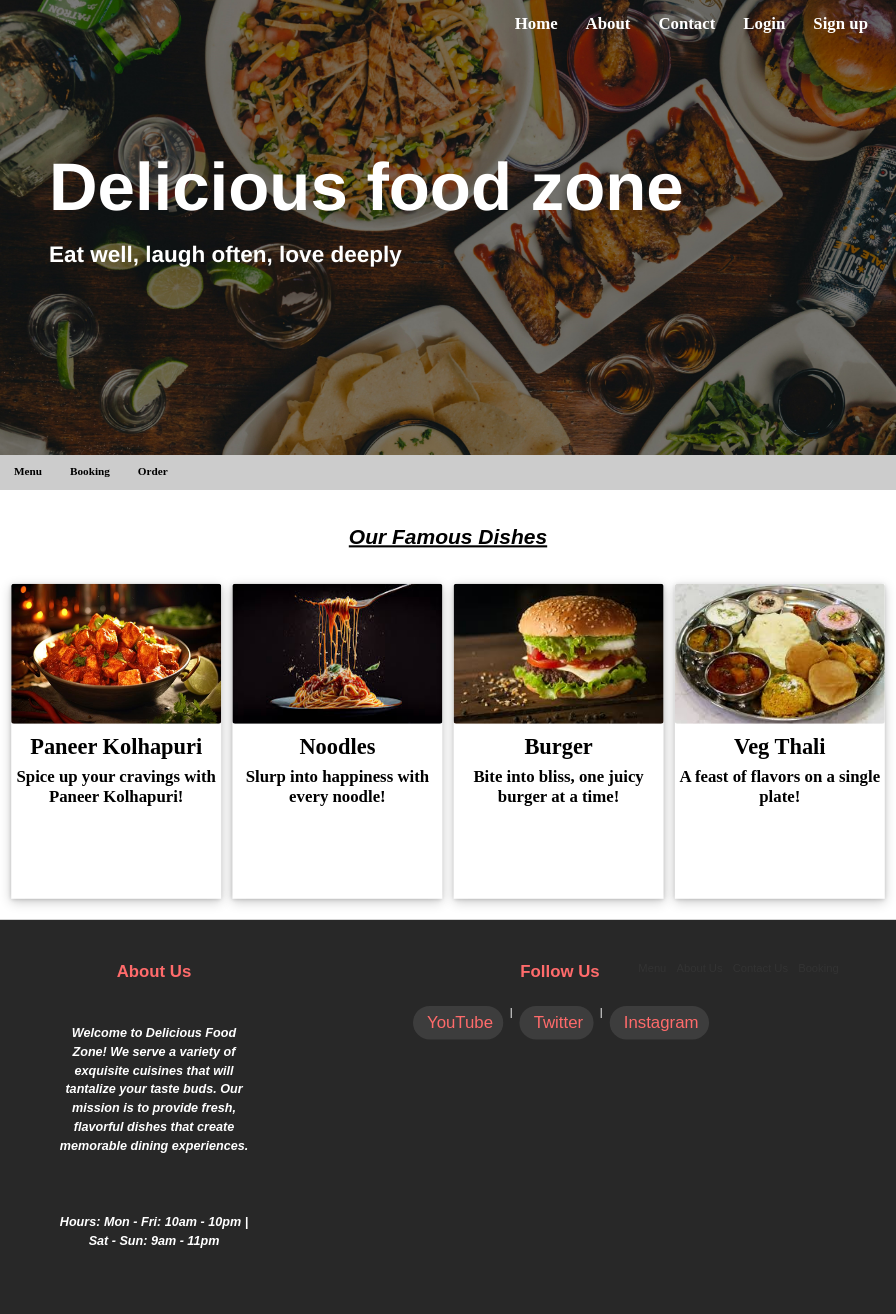
Repository: Shreya-Bonde/Restaurant-management-system
Page: index.html
An editor plug-in stored every save of this project. The page is shown before and after the next save, followed by the edit.
The browser window is 1280 px wide. The pictures show the whole page, at 70% of full size.

Above is the page before, as saved 2024-10-17 18:56:14.

After the next save:
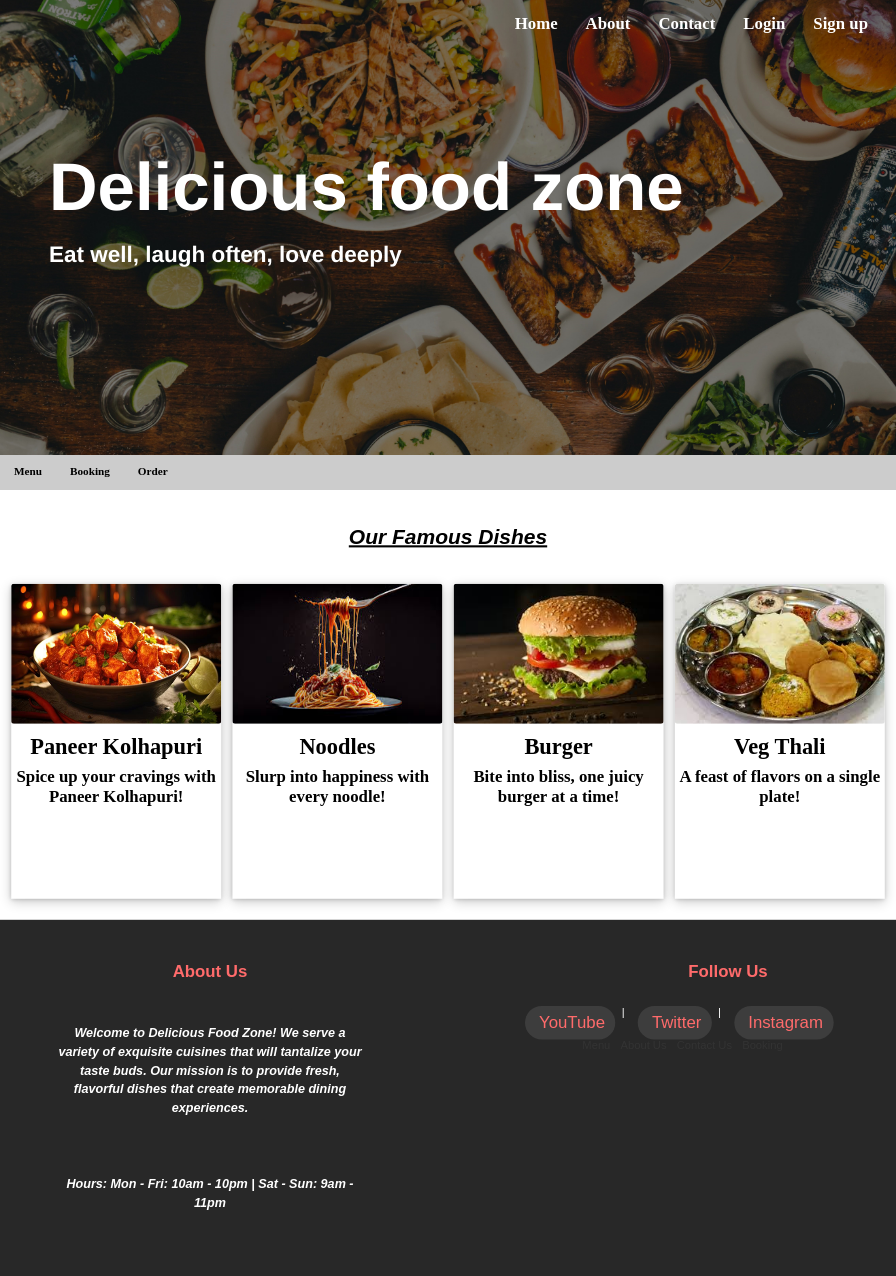
Saved 5 s later.
--- a/index.html
+++ b/index.html
@@ -78,7 +78,7 @@
                      <a href="http://www.instagram.com/dhattarwalaman" target="_blank" class="insta_handle"
                       rel="noopener noreferrer"> <i class="fa fa-instagram fa-lg insta_handle"></i>Instagram</a>
                     <!-- <a href="https://www.tripadvisor.com/Restaurant_Review-g1234567-d12345678-Your_Restaurant_Name" target="_blank" aria-label="TripAdvisor"><i class="fab fa-tripadvisor"></i></a> -->
-                </div>
+                <!-- </div> -->
 
                 <!-- <div class="sm-handle">
                     <a href="http://www.youtube.com/amandhattarwal" target="_blank" class="yt_handle"
